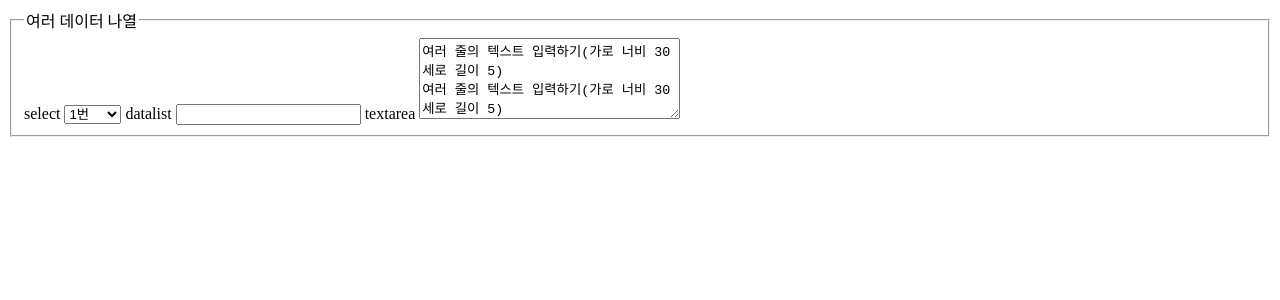
Repository: yeonddu/green_css
Page: web/pro01/songyeonsu/select.html
The author's editor kept a copy of each file at every save. The page is drawn from the files as they stood at one save, then again after the next save.
The browser window is 1280 px wide. The pictures show the whole page.

Above is the page before, as saved 2022-12-13 07:05:21.

### web/pro01/songyeonsu/select.html
<!DOCTYPE html>
<html lang="ko">
<head>
<meta charset="utf-8">
<title>Insert title here</title>
</head>
<body>
<form>
<fieldset>
	<legend>여러 데이터 나열</legend>
		<label for="select">select</label>
		<select id="select">
			<optgroup label="1~3">
				<option value="1">1번</option>
				<option value="2">2번</option>
				<option value="3">3번</option>
			</optgroup>
			<optgroup label="4~6">
				<option value="4">4번</option>
				<option value="5">5번</option>
				<option value="6">6번</option>
			</optgroup>
		</select>

		<label for="datalist">datalist</label>
		<input type="text" id="datalist" list="choices">
		<datalist id="choices">
			<option value="1" label="1번"></option>
			<option value="2" label="2번"></option>
		</datalist>

		<label>textarea</label>
		<textarea name="이름지정" cols="30" rows="5">
여러 줄의 텍스트 입력하기(가로 너비 30 세로 길이 5)
여러 줄의 텍스트 입력하기(가로 너비 30 세로 길이 5)
여러 줄의 텍스트 입력하기(가로 너비 30 세로 길이 5)
		</textarea>
</fieldset>
</form>

</body>
</html>

After the next save:
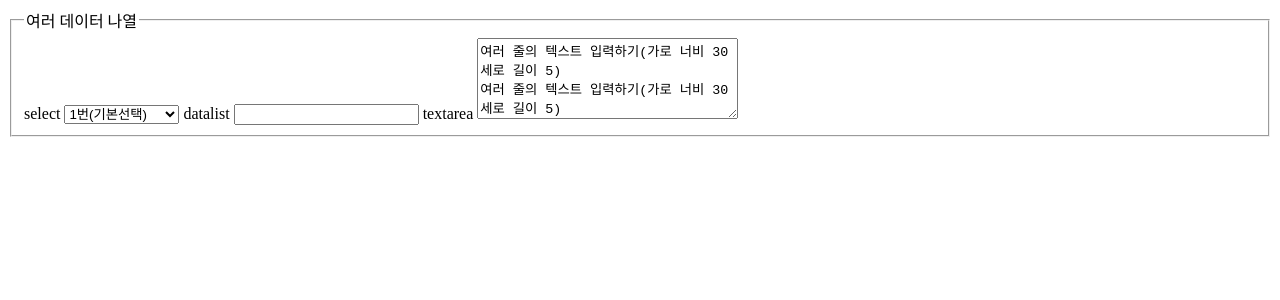
Saved 2 min 40 s later.
--- a/web/pro01/songyeonsu/select.html
+++ b/web/pro01/songyeonsu/select.html
@@ -11,7 +11,7 @@
 		<label for="select">select</label>
 		<select id="select">
 			<optgroup label="1~3">
-				<option value="1">1번</option>
+				<option value="1" selected>1번(기본선택)</option>
 				<option value="2">2번</option>
 				<option value="3">3번</option>
 			</optgroup>
